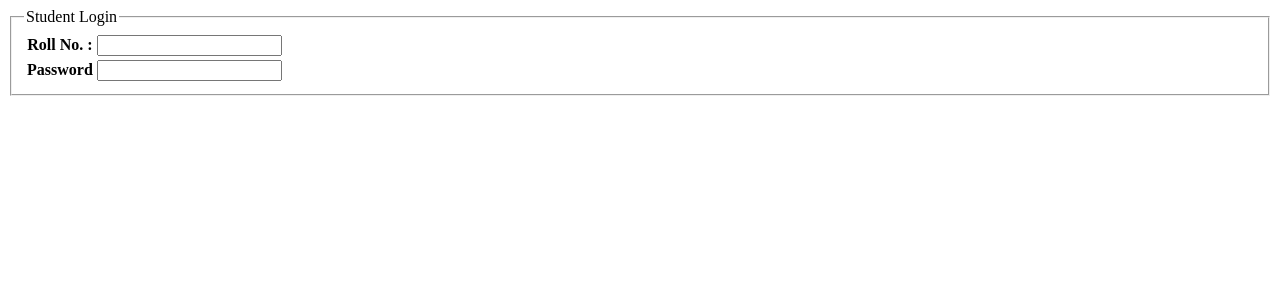
Repository: Harshithahamsa/java_practice
Page: http://localhost/student/login
These files come from the project's save history. The page is drawn as it stood at one moment and after the next save; the edit follows.
The browser window is 1280 px wide. The pictures show the whole page.
The page is served by Tomcat 9. Other server files are loaded and not shown.

Above is the page before, as saved 2022-01-27 13:15:36.

### HibernateWithJPA/student/src/main/webapp/WEB-INF/dispatcher-servlet.xml
<?xml version="1.0" encoding="UTF-8"?>
<beans xmlns="http://www.springframework.org/schema/beans"
	xmlns:mvc="http://www.springframework.org/schema/mvc"
	xmlns:context="http://www.springframework.org/schema/context"
	xmlns:xsi="http://www.w3.org/2001/XMLSchema-instance"
	xmlns:p="http://www.springframework.org/schema/p"
	xsi:schemaLocation="http://www.springframework.org/schema/mvc
	http://www.springframework.org/schema/mvc/spring-mvc.xsd
	http://www.springframework.org/schema/beans
	http://www.springframework.org/schema/beans/spring-beans-3.0.xsd
	http://www.springframework.org/schema/context
	http://www.springframework.org/schema/context/spring-context-3.0.xsd">

	<mvc:annotation-driven/>
	<context:component-scan base-package="com.te.student"/>

	<bean class="org.springframework.web.servlet.view.InternalResourceViewResolver">
		<property name="prefix" value="WEB-INF/views/"></property>
		<property name="suffix" value=".jsp"></property>
	</bean>

</beans>

### HibernateWithJPA/student/src/main/webapp/WEB-INF/views/login.jsp
<%@ page language="java" contentType="text/html; charset=ISO-8859-1"
	pageEncoding="ISO-8859-1"%>
<!DOCTYPE html>
<html>
<head>
<meta charset="ISO-8859-1">
<title>Insert title here</title>
</head>
<body>

	<fieldset>
		<legend>Student Login</legend>
		<table>
			<tr>
				<th> <label>Roll  No. : </label> </th>
				<td> <input type="text" name="rollno"> </td>
			 </tr>
			 <tr>
			 	<th> <label>Password</label> </th>
			 	<td> <input type="password" name="password">  </td>
			  </tr>
		</table>

	</fieldset>

</body>
</html>

### HibernateWithJPA/student/src/main/java/com/te/student/controller/StudentController.java
package com.te.student.controller;

import org.springframework.stereotype.Controller;
import org.springframework.web.bind.annotation.GetMapping;

@Controller
public class StudentController {

	@GetMapping("/login")
	public String login() {
		return "login";
	}
}

After the next save:
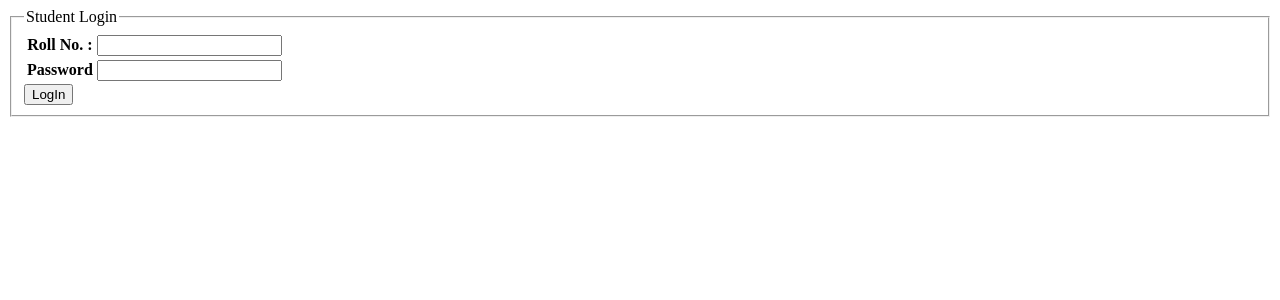
Saved 34 s later.
--- a/HibernateWithJPA/student/src/main/webapp/WEB-INF/views/login.jsp
+++ b/HibernateWithJPA/student/src/main/webapp/WEB-INF/views/login.jsp
@@ -20,6 +20,7 @@
 			 	<td> <input type="password" name="password">  </td>
 			  </tr>
 		</table>
+		<input type="submit" value="LogIn">
 
 	</fieldset>
 
